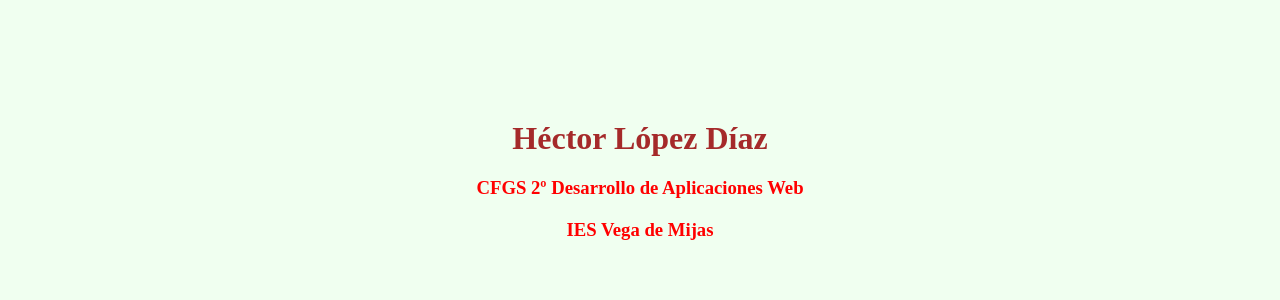
Repository: Ibizus/ejercicios_JSP
Page: http://localhost/ejercicios_Hector/ejercicio1/index.jsp
These files come from the project's save history. The page is drawn as it stood at one moment and after the next save; the edit follows.
The browser window is 1280 px wide. The pictures show the whole page.
The page is served by Tomcat 9.

Above is the page before, as saved 2023-11-16 19:30:23.

### ejercicios_Hector/src/main/webapp/ejercicio1/index.jsp
<%@ page language="java" contentType="text/html; charset=UTF-8"
   pageEncoding="UTF-8"%>
<!DOCTYPE html>
<html>
<head>
<meta charset="UTF-8">
<link rel="stylesheet" href="style.css"/>
<title>Ejercicio 1</title>
</head>
<body>
	<div>
		<h1>Héctor López Díaz</h1>
		<h3>CFGS 2º Desarrollo de Aplicaciones Web</h3>
		<h3><a>IES Vega de Mijas</a></h3>
	</div>

</body>
</html>

### ejercicios_Hector/src/main/webapp/ejercicio1/style.css
@charset "UTF-8";
*{
   padding: 0;
   margin: 0;
   box-sizing: border-box;
}
body{
	background-color: honeydew;
	padding-top: 100px;

	display: flex;
	flex-direction: column;
   align-items: center;
   margin: auto;
}
h1, h3, h6{
	text-align: center;
	margin: 20px;
}
h1{
	color: brown;
}
h3{
	color: red;
}
h5{
	color: rgb(173, 127, 168);
}

After the next save:
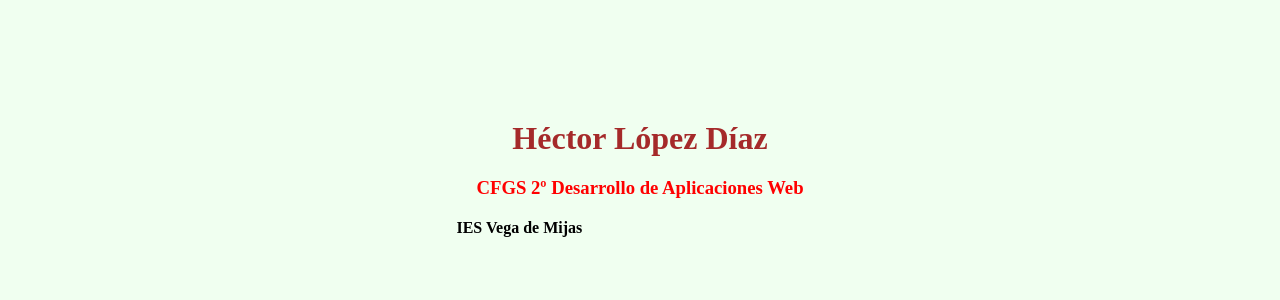
Saved 15 s later.
--- a/ejercicios_Hector/src/main/webapp/ejercicio1/index.jsp
+++ b/ejercicios_Hector/src/main/webapp/ejercicio1/index.jsp
@@ -11,7 +11,7 @@
 	<div>
 		<h1>Héctor López Díaz</h1>
 		<h3>CFGS 2º Desarrollo de Aplicaciones Web</h3>
-		<h3><a>IES Vega de Mijas</a></h3>
+		<h4><a>IES Vega de Mijas</a></h4>
 	</div>
 
 </body>
